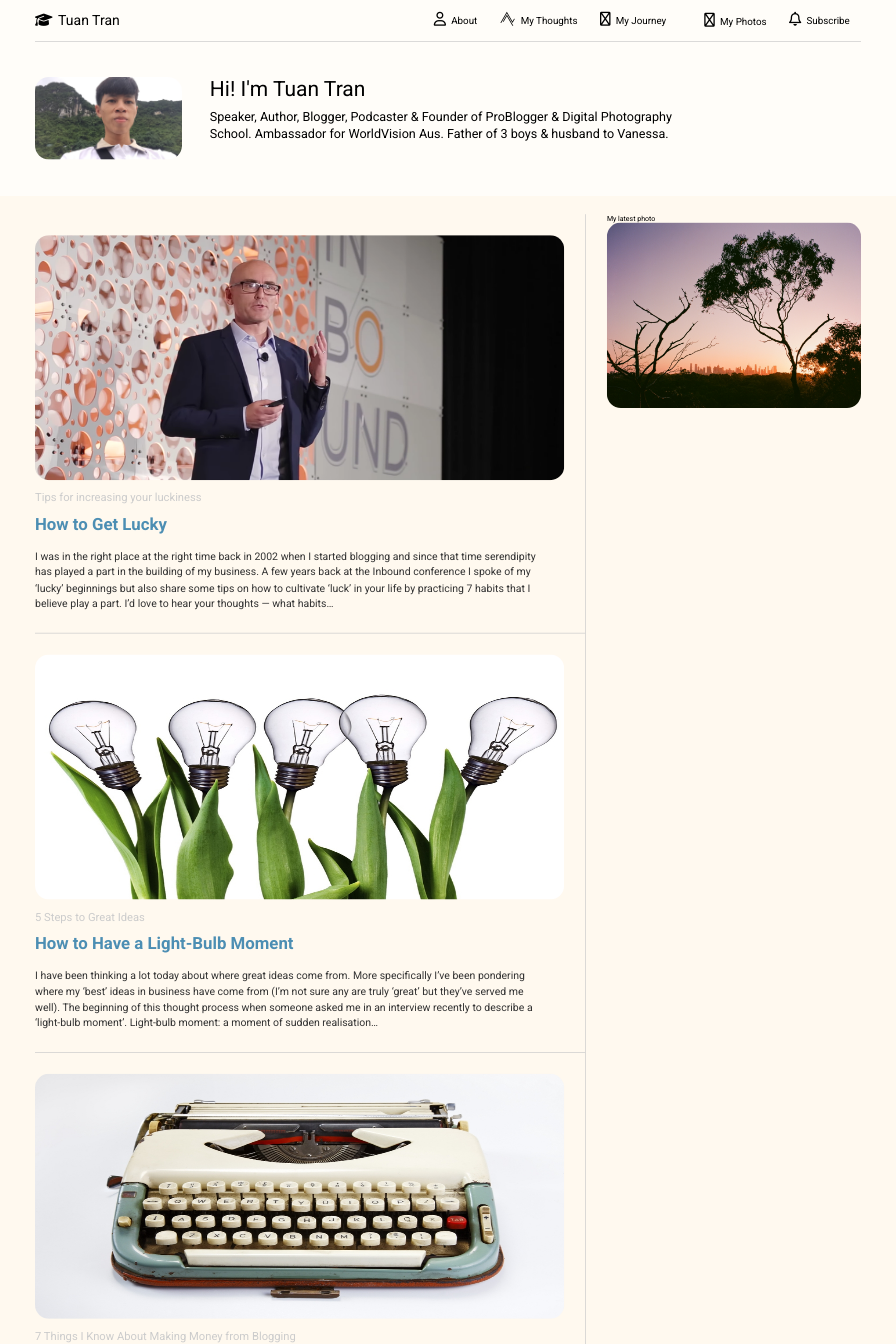
Repository: TranDinhTuann/Blog-Demo
Page: index.html
An editor plug-in stored every save of this project. The page is shown before and after the next save, followed by the edit.
The browser window is 1280 px wide. The pictures show the part of the page from y = 0 to 1920 px (the page is 2860 px tall), at 70% of full size.

Above is the page before, as saved 2023-03-22 21:11:05.

### index.html
<!DOCTYPE html>
<html lang="en">
<head>
    <meta charset="UTF-8">
    <meta http-equiv="X-UA-Compatible" content="IE=edge">
    <meta name="viewport" content="width=device-width, initial-scale=1.0">
    <title>Blog của Tuấn</title>
    <link rel="stylesheet" href="./assets/css/base.css">
    <link rel="stylesheet" href="./assets/css/main.css">
    <link rel="stylesheet" href="https://cdnjs.cloudflare.com/ajax/libs/normalize/8.0.1/normalize.min.css">
    <link rel="stylesheet" href="./assets/fonts/fontawesome-free-6.2.1-web/css/all.min.css">
    <link rel="preconnect" href="https://fonts.googleapis.com"><link rel="preconnect" href="https://fonts.gstatic.com" crossorigin><link href="https://fonts.googleapis.com/css2?family=Roboto:wght@300;400;500;700&display=swap" rel="stylesheet">
</head>
<body>
    <div class="app">
        <div class="header">
            <nav class="navbar">
                <a class="navbar__head">
                    <i class="navbar__head-icon fa-solid fa-graduation-cap"></i>
                    <div class="navbar__name">Tuan Tran</div>
                </a>

                <ul class="navbar__list">
                    <li class="navbar__list-item">
                        <a href="" class="navbar__list-item-link">
                            <i class="navbar__list-item-icon fa-regular fa-user"></i>
                            <span class="navbar__list-item-text">About</span>
                        </a>
                    </li>
                    <li class="navbar__list-item">
                        <a href="" class="navbar__list-item-link">
                            <i class="navbar__list-item-icon fa-brands fa-think-peaks"></i>
                            <span class="navbar__list-item-text">My Thoughts</span>
                        </a>
                    </li>
                    <li class="navbar__list-item">
                        <a href="" class="navbar__list-item-link">
                            <i class="navbar__list-item-icon fa-regular fa-location-dot"></i>
                            <span class="navbar__list-item-text">My Journey</span>
                        </a>
                    </li>
                    <li class="navbar__list-item">
                        <a href="" class="navbar__list-item-link">
                            <i class="navbar__list-item-icon fa-light fa-image"></i>
                            <i class="navbar__list-item-icon fa-sharp fa-regular fa-camera-retro"></i>
                            <span class="navbar__list-item-text">My Photos</span>
                        </a>
                    </li>
                    <li class="navbar__list-item">
                        <a href="" class="navbar__list-item-link">
                            <i class="navbar__list-item-icon fa-regular fa-bell"></i>
                            <span class="navbar__list-item-text">Subscribe</span>
                        </a>
                    </li>
                </ul>
            </nav>

            <div class="intro">
                <div class="intro__img">
                    <img src="./assets/img/logo.JPG" alt="" class="intro__img-image">
                </div>
                <div class="intro__text">
                    <div class="intro__head">Hi! I'm Tuan Tran </div>
                    <div class="intro__des">Speaker, Author, Blogger, Podcaster & Founder of ProBlogger & Digital Photography School. Ambassador for WorldVision Aus. Father of 3 boys & husband to Vanessa.</div>
                </div>
            </div>
        </div>

        <div class="grid">
            <div class="grid1">
                <div class="content">
                    <div class="columns">
                        <div class="img-human">
                            <img class="img-ong" src="./assets/img/slider/human1.png" alt="">
                        </div>
                        <div class="column-text">
                            <p class="des">Tips for increasing your luckiness</p>
                            <div class="heading">How to Get Lucky</div>
                            <div class="sub-heading">I was in the right place at the right time back in 2002 when I started blogging and since that time serendipity has played a part in the building of my business. A few years back at the Inbound conference I spoke of my ‘lucky’ beginnings but also share some tips on how to cultivate ‘luck’ in your life by practicing 7 habits that I believe play a part. I’d love to hear your thoughts — what habits…</div>
                        </div>
                    </div>
                    <div class="columns">
                        <div class="img-human">
                            <img class="img-ong" src="./assets/img/slider/human2.jpg" alt="">
                        </div>
                        <div class="column-text">
                            <p class="des">5 Steps to Great Ideas</p>
                            <div class="heading">How to Have a Light-Bulb Moment</div>
                            <div class="sub-heading">I have been thinking a lot today about where great ideas come from. More specifically I’ve been pondering where my ‘best’ ideas in business have come from (I’m not sure any are truly ‘great’ but they’ve served me well). The beginning of this thought process when someone asked me in an interview recently to describe a ‘light-bulb moment’. Light-bulb moment: a moment of sudden realisation…</div>
                        </div>
                    </div>
                    <div class="columns">
                        <div class="img-human">
                            <img class="img-ong" src="./assets/img/slider/human3.jpg" alt="">
                        </div>
                        <div class="column-text">
                            <p class="des">7 Things I Know About Making Money from Blogging</p>
                            <div class="heading">Can You REALLY Make Money Blogging?</div>
                            <div class="sub-heading">Can You REALLY Make Money Blogging? 7 Things I Know About Making Money from Blogging Every now and again I am pulled aside at a conference or am emailed and/or tweeted by someone wanting to get the “real” scoop on whether it is possible to make money blogging. Is it really possible to make a living from blogging? Is it just a small number of people making money from blogging? Is it only really…</div>
                        </div>
                    </div>
                    <div class="columns no--border">
                        <div class="img-human">
                            <img class="img-ong" src="./assets/img/slider/human4.png" alt="">
                        </div>
                        <div class="column-text">
                            <p class="des">Writing tips from a professional blogger</p>
                            <div class="heading">20 Quick Tips on Writing Great Blog Posts</div>
                            <div class="sub-heading">Tell your story — it is what makes your content unique Share how you feel — it will take your readers to a deeper place You’ll never please everyone — the sooner you come to peace with this, the better Write about things that matter to you — passion is infectious Inform, Inspire and Interact — aim to do these things every week! Experiment with different styles of writing — it will help you find…</div>
                        </div>
                    </div>
                    <div class="btn-content">
                        <button class="btn-thought">
                            <i class="navbar__list-item-icon fa-brands fa-think-peaks"></i>
                            <span class="my-thoughts">Browser My Thoughts</span>
                        </button>
                    </div>
                </div>

                <div class="sitebar">
                    <div class="row">
                        <div class="row-head">

                            <div class="row-heading">My latest photo</div>
                        </div>
                        <div class="row-img">
                            <img src="./assets/img/slider/nature1.jpg" alt="" class="img-nature">
                        </div>
                    </div>

                    <div class="row">

                    </div>
                </div>
            </div>
        </div>

        <footer class="footer">

        </footer>
    </div>
</body>
</html>

### assets/css/base.css
:root {
    --white-color: #fff;
    --black-color: #000;
    --text-color: #333;
    --primary-color: #fff9ef;
    --header-primary-color: rgb(255, 253, 249);
}

* {
    box-sizing: inherit;
}

html {
    /* hack */
    font-size: 62.5%;
    line-height: 1.6rem;
    font-family: 'Roboto', sans-serif;
    box-sizing: border-box;
}

@keyframes fadeIn {
    from{
        opacity: 0;
    }
    to{
        opacity: 1;
    }
}

@keyframes growth {
    from{
        transform: calc(0);
    }
    to{
        transform: calc(1);
    }
}

img{
    width: 100%;
    border-radius: 20px;
}
.img-ong{
    height: 350px;
    display: block;
}
.img-human{
    margin-right: 30px;
    height: 350px;
    display: block;
}
a{
    display: block;
    cursor: pointer;
}

### assets/css/main.css
.app{
    height: 1000px;
    background-color: rgb(255, 253, 249);
}

.header{
    height: 280px;
    margin: 0 50px;
}

.navbar{
    height: 60px;
    border-bottom: 1px solid #ccc;
    display: flex;
    align-items: center;
    justify-content: space-between;
}

.navbar__head-icon {
    font-size: 2rem;
    margin-right: 8px;
}

.navbar__name {
    font-size: 2rem;

}

.navbar__head {
    display: flex;
}

.navbar__head:hover {
    cursor: pointer;
    opacity: 0.5;
}

.navbar__list {
    display: flex;
    list-style: none;
    font-size: 1.4rem;
}

.navbar__list-item {
    padding: 0 16px;
    line-height: 60px;
}

.navbar__list-item:hover {
    cursor: pointer;
    opacity: 0.5;
}

.navbar__list-item-link {
    color: #000;
    text-decoration: none;
}

.navbar__list-item-icon{
    font-size: 2rem;
    padding-right: 4px;
}


.intro {
    display: flex;
    margin-top: 50px;
}

.intro__img {
    width: 30%;
    height: 50px;
}

.intro__img-image {
    width: 100%;
    background-size:cover;
}

.intro__text{
    padding-left: 40px;
}

.intro__head {
    font-size: 3rem;
}

.intro__des {
    font-size: 1.8rem;
    padding: 10px 250px 0 0;
    line-height: 2.4rem;
}


/* Grid */
.grid {
    background-color: rgb(255, 249, 239);
    /* height: 6000px; */
    /* display: flex; */
}
.grid1  {
    margin: 0 50px;
    display: flex;
    padding-top: 26px;
}
.content {
    border-right: 1px solid #ccc;
    /* height: 600px; */
    flex: 2;
}
.columns {
    padding: 30px 0;
    border-bottom: 1px solid #ccc;
    cursor: pointer;
}
.columns.no--border{
    border: none;
}
.sitebar {
    flex: 1;
}

.column-text{
    padding: 0 50px 0 0;
}
.des{
    font-size: 16px;
    color: #ccc;
}
.heading {
    font-size: 24px;
    font-weight: 700;
    color: #4c8eb3;
}
.sub-heading {
    color: #333333;
    font-size: 15px;
    padding-top: 20px;
    line-height: 1.5;
}
.btn-content{
    display: flex;
    align-items: center;
    justify-content: center;
    color: #000;
    padding: 30px 0;
}
.btn-thought {
    padding: 14px 20px;
    display: block;
    background-color: rgb(241, 202, 130);
    outline: none;
    border: none;
    border-radius: 10px;
}
.btn-thought:hover{
    background-color:  rgba(241, 202, 130, 0.6);
}
.my-thoughts{
    font-size: 16px;
}

/* sitebar */
.row{
    margin-left: 30px;
}
/* footer */
.footer{
    height: 50px;
}

Loaded but not shown: assets/fonts/fontawesome-free-6.2.1-web/css/all.min.css (library)

After the next save:
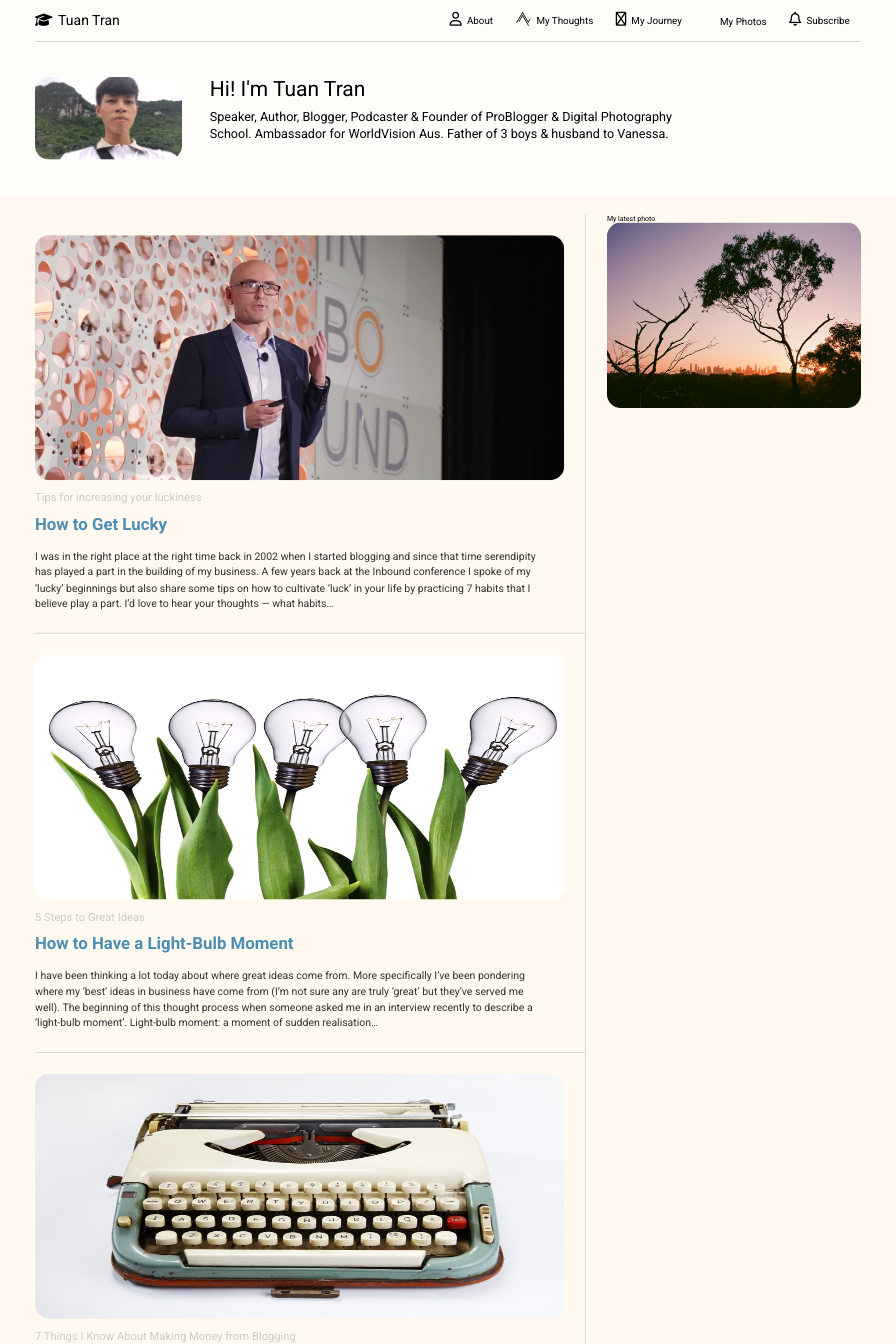
Saved 6 s later.
--- a/index.html
+++ b/index.html
@@ -42,7 +42,7 @@
                     <li class="navbar__list-item">
                         <a href="" class="navbar__list-item-link">
                             <i class="navbar__list-item-icon fa-light fa-image"></i>
-                            <i class="navbar__list-item-icon fa-sharp fa-regular fa-camera-retro"></i>
+                            <!-- <i class="navbar__list-item-icon fa-sharp fa-regular fa-camera-retro"></i> -->
                             <span class="navbar__list-item-text">My Photos</span>
                         </a>
                     </li>
